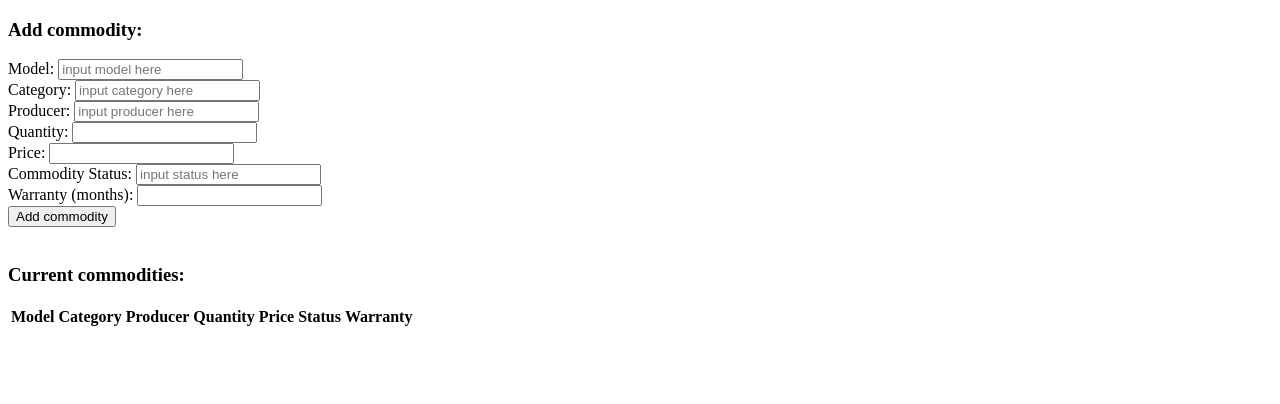
Repository: Zed180881/Zed_repo
Page: http://localhost/eShop/WEB-INF/views/adminPanel/adminCommodity.jsp
The author's editor kept a copy of each file at every save. The page is drawn from the files as they stood at one save, then again after the next save.
The browser window is 1280 px wide. The pictures show the whole page.
The page is served by Tomcat 9. Nobody is signed in. Other server files are loaded and not shown. The template is opened directly, without the code that normally fills it, so the values that code supplies are empty.

Above is the page before, as saved 2016-08-05 10:21:27.

### JavaProj/eShop/src/main/webapp/WEB-INF/views/adminPanel/adminCommodity.jsp
<%@ page language="java" contentType="text/html; charset=UTF-8"
	pageEncoding="UTF-8"%>
<%@ taglib prefix="c" uri="http://java.sun.com/jsp/jstl/core"%>
<!DOCTYPE html>
<html>
<head>
<meta charset="UTF-8">
<title>Commodity Management</title>
</head>
<body>
	<h3>Add commodity:</h3>
	<form action="/admin/commodity" method="post">
		<label for="model">Model:</label>
		<input type="text" name="model" placeholder="input model here" required>
		<br>
		<label for="categoryName">Category:</label>
		<input type="text" name="categoryName" placeholder="input category here" required>
		<br>
		<label for="producerName">Producer:</label>
		<input type="text" name="producerName" placeholder="input producer here" required>
		<br>
		<label for="quantity">Quantity:</label>
		<input type="number" name="quantity" min="1" step="1" required>
		<br>
		<label for="price">Price:</label>
		<input type="number" name="price" min="0" step="0.01" required>
		<br>
		<label for="statusName">Commodity Status:</label>
		<input type="text" name="statusName" placeholder="input status here" required>
		<br>
		<label for="warranty">Warranty (months):</label>
		<input type="number" name="warranty" min="0" step="1" required>
		<br>
		<input type="submit" value="Add commodity">
	</form>
	<br>
	<h3>Current commodities:</h3>
	<table>
		<tr>
			<th>Model</th>
			<th>Category</th>
			<th>Producer</th>
			<th>Quantity</th>
			<th>Price</th>
			<th>Status</th>
			<th>Warranty</th>
		</tr>
	<c:forEach items="${commodities}" var="commodity">
		<tr>
			<td>${commodity.model}</td>
			<td>${commodity.category.categoryName}</td>
			<td>${commodity.producer.producerName}</td>
			<td>${commodity.quantity}</td>
			<td>${commodity.price}</td>
			<td>${commodity.commodityStatus.commodityStatusName}</td>
			<td>${commodity.warranty}</td>
		</tr>
	</c:forEach>
	</table>
</body>
</html>

After the next save:
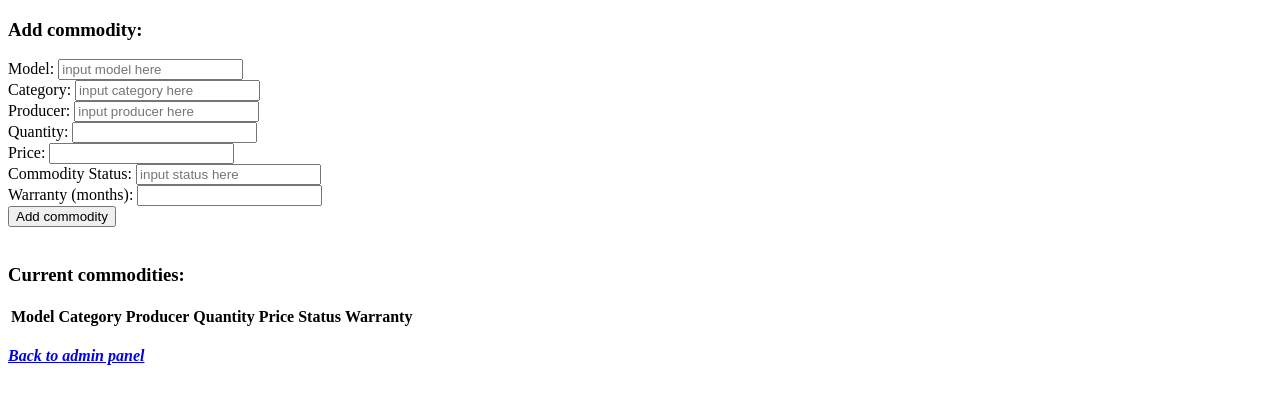
Saved 9 min 26 s later.
--- a/JavaProj/eShop/src/main/webapp/WEB-INF/views/adminPanel/adminCommodity.jsp
+++ b/JavaProj/eShop/src/main/webapp/WEB-INF/views/adminPanel/adminCommodity.jsp
@@ -57,5 +57,7 @@
 		</tr>
 	</c:forEach>
 	</table>
+	<br>
+	<a href="/admin"><b><i>Back to admin panel</i></b></a>
 </body>
 </html>
